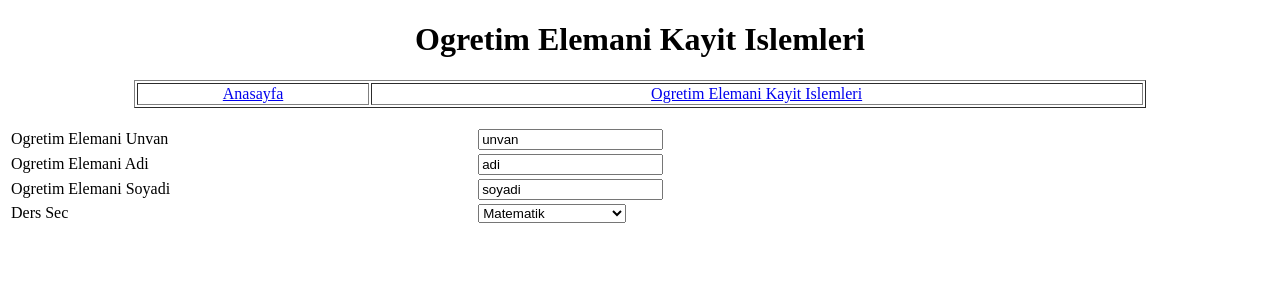
Repository: Egemen-ve-Burakhan-internet-final/final
Page: http://localhost/ogretim/ogretmen_kayit.jsp
These files come from the project's save history. The page is drawn as it stood at one moment and after the next save; the edit follows.
The browser window is 1280 px wide. The pictures show the whole page.
The page is served by Tomcat 9. Other server files are loaded and not shown.

Above is the page before, as saved 2020-05-25 14:29:00.

### okul/ogretim/WebContent/ogretmen_kayit.jsp
<%@ page language="java" contentType="text/html; charset=ISO-8859-1"
    pageEncoding="ISO-8859-1"%>
<!DOCTYPE html>
<html>
<head>
<meta charset="ISO-8859-1">
<title>Insert title here</title>
</head>
<body>
	<div>
		<div>
			<h1 style="text-align:center">Ogretim Elemani Kayit Islemleri</h1>
		</div>
		<div>
			<table border=1px; width="80%" align= center>
				<tr>
					<td style="text-align:center"><a href="index.jsp">Anasayfa               </a></td>
					<td style="text-align:center"><a href="ogretmen_kayit.jsp">Ogretim Elemani Kayit Islemleri</a></td>
				</tr>
			</table>
		</div><br>

		<div>
			<form>
				<table width="80%" >
					<tr>
						<td><label>Ogretim Elemani Unvan</label></td>
						<td><input type="text" name="unvan" value="unvan"></td>
					</tr>

					<tr>
						<td><label>Ogretim Elemani Adi</label></td>
						<td><input type="text" name="adi" value="adi"></td>
					</tr>

					<tr>
						<td><label>Ogretim Elemani Soyadi</label></td>
						<td><input type="text" name="soyadi" value="soyadi"></td>
					</tr>

					<tr>
						<td><label>Ders Sec</label></td>
						<td>
							<select name="ders" id="ders">
							    <option value="matematik">Matematik</option>
							    <option value="turkce">Turkce</option>
							    <option value="ingilizce">Ingilizce</option>
							    <option value="tarih">Tarih</option>
							    <option value="felsefe">Felsefe</option>
							    <option value="biyoloji">Biyoloji</option>
							    <option value="fizik">Fizik</option>
							    <option value="kimya">Kimya</option>
							    <option value="internet_programciligi">Internet Programciligi</option>
							    <option value="muzik">Muzik</option>
							    <option value="beden_egitimi">Beden Egitimi</option>
							    <option value="din_kulturu">Din Kulturu</option>
			 			 	</select>
			 			</td>
					</tr>
				</table>
			</form>
		</div>


	</div>
</body>
</html>

After the next save:
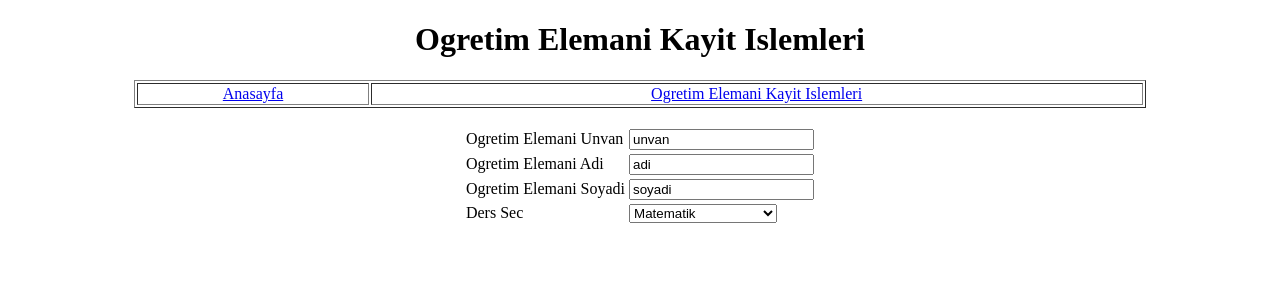
Saved 7 s later.
--- a/okul/ogretim/WebContent/ogretmen_kayit.jsp
+++ b/okul/ogretim/WebContent/ogretmen_kayit.jsp
@@ -22,7 +22,7 @@
 
 		<div>
 			<form>
-				<table width="80%" >
+				<table  align= center>
 					<tr>
 						<td><label>Ogretim Elemani Unvan</label></td>
 						<td><input type="text" name="unvan" value="unvan"></td>
